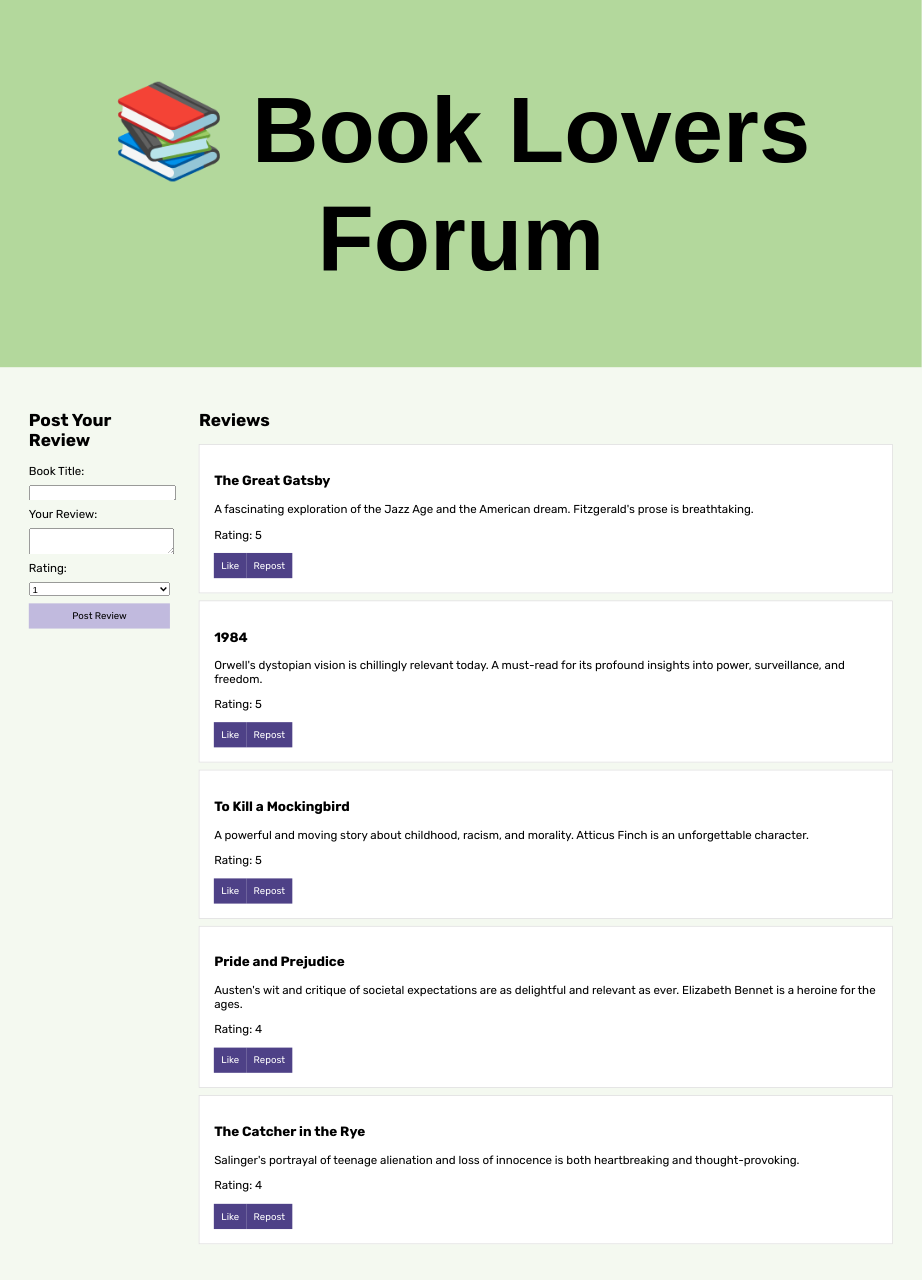
Repository: valentinaarojas/virtual-book-club
Page: index.html
The author's editor kept a copy of each file at every save. The page is drawn from the files as they stood at one save, then again after the next save.
The browser window is 1280 px wide. The pictures show the whole page, at 72% of full size.
The first visible `button` is being pressed.
Some web fonts or font styles are not loaded; a fallback is used.

Above is the page before, as saved 2025-02-12 17:25:29.
Console error: ReferenceError: form is not defined

After the next save:
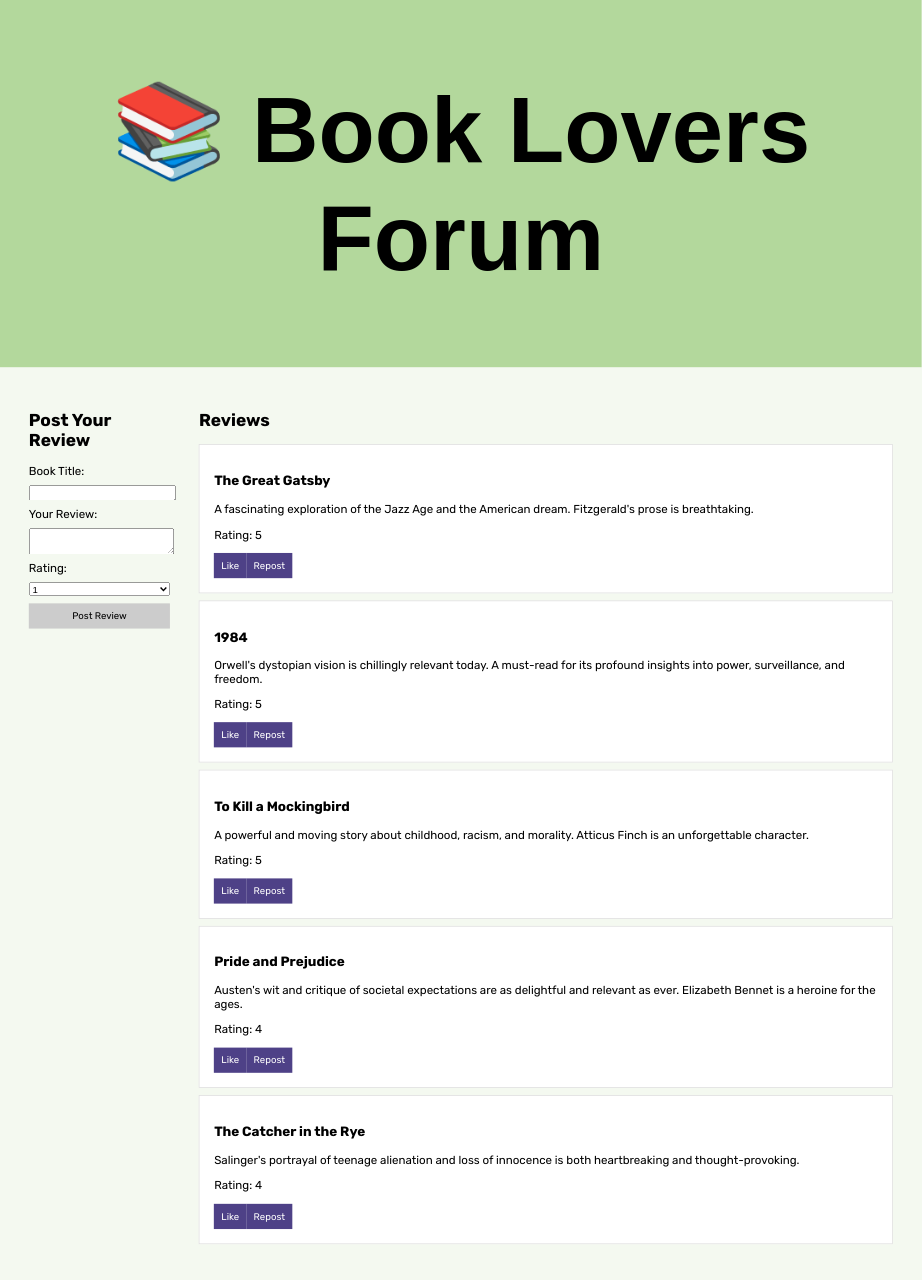
Saved 4 s later.
--- a/styles.css
+++ b/styles.css
@@ -58,7 +58,9 @@
     color: black;
 }
 
-
+button:active {
+    background-color: #ccc;
+}
 
 #reviews-list {
     margin-top: 20px;

After the save that followed:
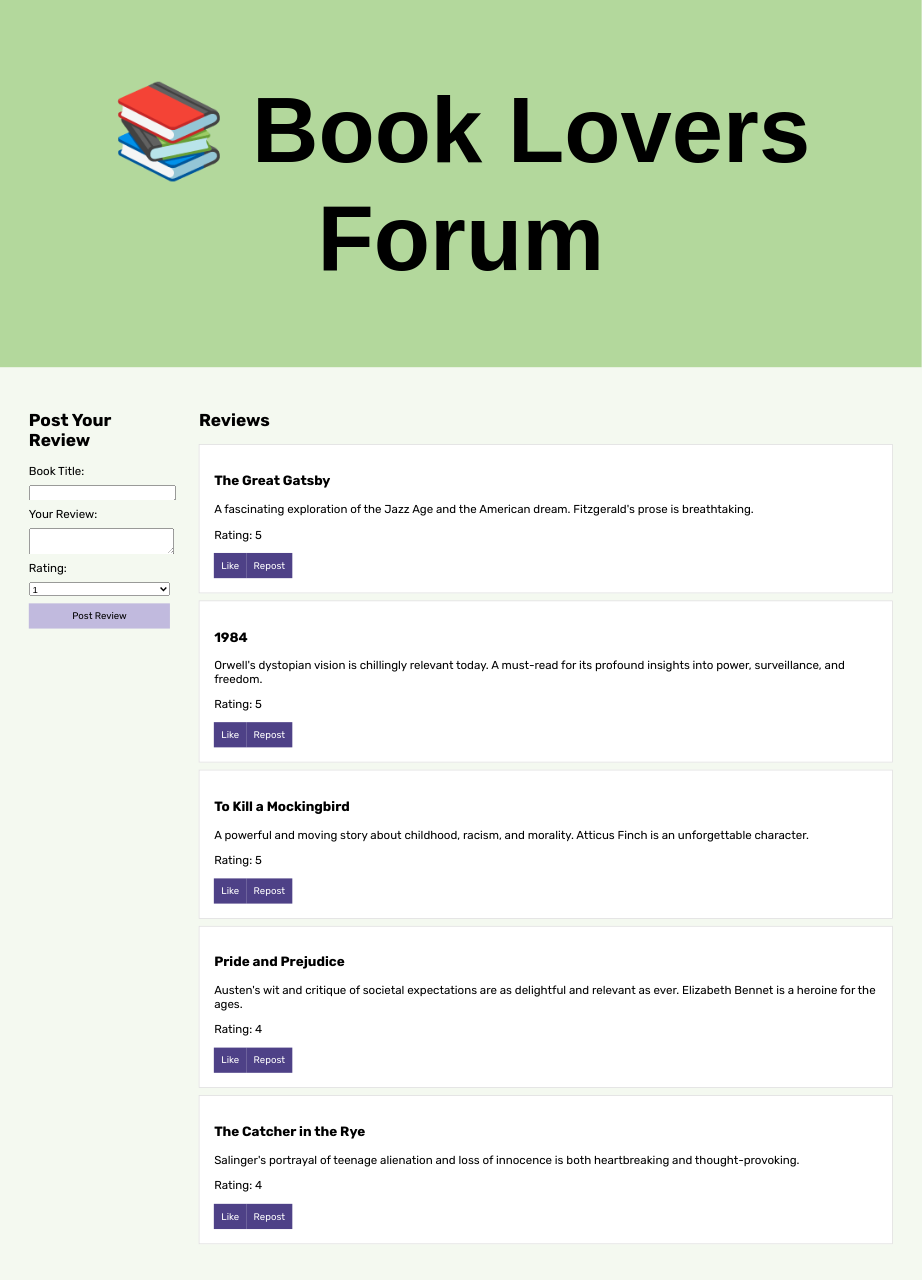
Saved 25 s later.
--- a/styles.css
+++ b/styles.css
@@ -59,7 +59,7 @@
 }
 
 button:active {
-    background-color: #ccc;
+    background-color: #C1BADE;
 }
 
 #reviews-list {
